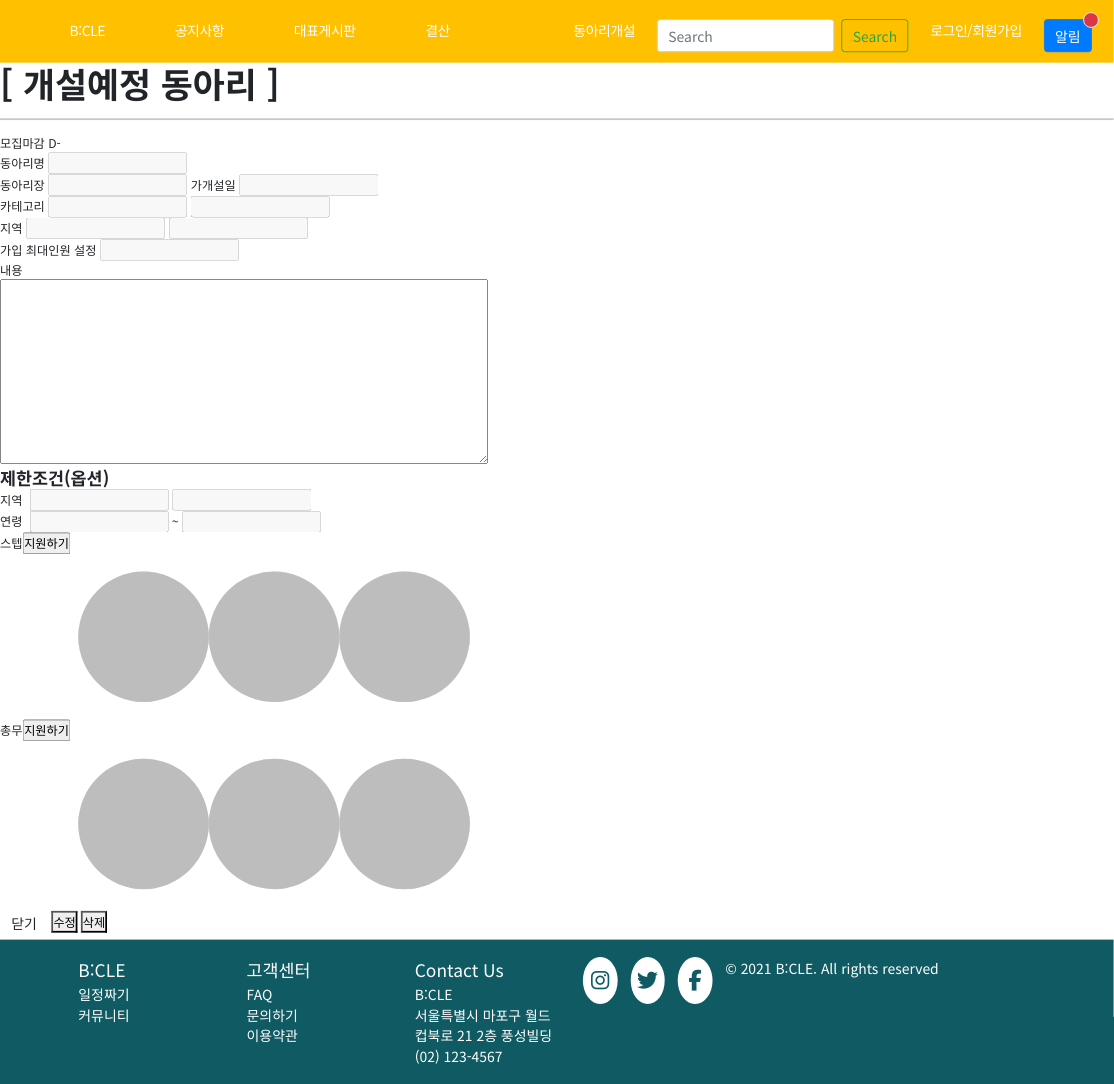
Repository: CHAEYUN7074/SpringProject_Bcle
Page: http://localhost/Bcle/ClubBeforeOpenedContents.jsp
The author's editor kept a copy of each file at every save. The page is drawn from the files as they stood at one save, then again after the next save.
The browser window is 1280 px wide. The pictures show the whole page, at 87% of full size.
Some web fonts or font styles are not loaded; a fallback is used. Some web libraries are served in a nearby version. The page is served by Tomcat 9. The template is opened directly, without the code that normally fills it, so the values that code supplies are empty.

Above is the page before, as saved 2021-12-22 14:36:30.

### Bcle/WebContent/ClubBeforeOpenedContents.jsp
<%@ page contentType="text/html; charset=UTF-8"%>
<%@ taglib prefix="c" uri="http://java.sun.com/jsp/jstl/core"%>
<%
   request.setCharacterEncoding("UTF-8");
String cp = request.getContextPath();
%>
<!DOCTYPE html>
<html>
<head>
<meta charset="UTF-8">
<title>ClubBeforeOpenedContents.jsp</title>
<style type="text/css">
.box {
   width: 150px;
   height: 150px;
   border-radius: 70%;
   overflow: hidden;
}

.profile {
   width: 100%;
   height: 100%;
   object-fit: cover;
}

.container {
   display: flex;
}
</style>
</head>
<script type="text/javascript" src="http://code.jquery.com/jquery.min.js"></script>
<script type="text/javascript">
	$(function()
	{
		$(".updateBtn").click(function()
		{

			$(location).attr("href", "preclubupdateform.action?cid=" + $(this).val());



		});

		$(".deleteBtn").click(function()
		{

			if(confirm("현재 선택한 데이터를 정말 삭제하시겠습니까?"))
			{
				$(location).attr("href", "preclubdelete.action?cid=" + $(this).val());
			}
		});

	});









</script>
<body>
   <!--
ClubBeforeOpenedContents.jsp
- 메인화면(로그인 전) 페이지 2 -⑤ 회원 모집 동아리 상세페이지(내용)
- 개절예정 동아리(스탭프 지원(동의)받는중)
 -->
   <div class="wrap">
      <!-- 네브 영역 -->
      <div>
         <c:import url="nav.jsp"></c:import>
      </div>

      <!-- 콘텐츠 영역 -->
      <div id="content">
         <h1>[ 개설예정 동아리 ]</h1>
         <hr>
         <div>
            <p>모집마감 D- ${clubDetail.day} </p>
         </div>

         <div>
            <form action="">
               <div>
                  <p>   동아리명
                  <input type="text" id="title" name="title" value="${clubDetail.title }"  disabled="disabled">
                  </p>
                  <p>
                     동아리장
                     <input type="text" id="nickname" name="nickname" value="${clubDetail.nickname }" disabled="disabled">
                     가개설일
                     <input type="text" id="preopendate" name="preopendate" value="${clubDetail.preopendate}" disabled="disabled">
                  </p>
                  <div>
                     카테고리
                     <input type="text" id="l_cat" name="l_cat" value="${clubDetail.l_cat}" disabled="disabled">
                     <input type="text" id="s_cat" name="s_cat" value="${clubDetail.s_cat}" disabled="disabled">
                  </div>
                  <div>
                     지역
                     <input type="text"  value="${clubDetail.city}" disabled="disabled">
                     <input type="text" value="${clubDetail.local}" disabled="disabled">
                  </div>
                  <p>
                     가입 최대인원 설정
                     <input type="text" value="${clubDetail.max}" disabled="disabled">
                  </p>
                  <div>
                     <p>내용</p>
                     <textarea rows="10" cols="70">${clubDetail.content}</textarea>
                  </div>

                  <div>
                     <h5>제한조건(옵션)</h5>
                     <div>
                     <!-- if로 받아온 지역제한 코드가 'X'면 없음이나 '-'로
                     있으면 받아온 지역명으로 보이게-->
                        지역&nbsp;
                        <input type="text" value="${clubDetail.city}" disabled="disabled">
                        <input type="text" value="${clubDetail.local}" disabled="disabled">
                     </div>
                     <div>
                     <!-- if로 받아온 나이제한 코드가 'X'면 없음이나 '-'로
                     있으면 받아온 최대나이와 최소나이로 보이게  -->
                        연령&nbsp;
                        <input type="text" value="${clubDetail.min_age}" disabled="disabled">
                        ~
                        <input type="text" value="${clubDetail.max_age}" disabled="disabled">
                     </div>

                     <div>
                        스텝<input type="button" value="지원하기">
                        <div class="container">
                           <div class="box" style="background: #BDBDBD;">
                              <img class="profile" src="">
                           </div>
                           <div class="box" style="background: #BDBDBD;">
                              <img class="profile" src="">
                           </div>
                           <div class="box" style="background: #BDBDBD;">
                              <img class="profile" src="">
                           </div>
                        </div>
                     </div>

                     <div>
                        총무<input type="button" value="지원하기">
                        <div class="container">
                           <div class="box" style="background: #BDBDBD;">
                              <img class="profile" src="">
                           </div>
                           <div class="box" style="background: #BDBDBD;">
                              <img class="profile" src="">
                           </div>
                           <div class="box" style="background: #BDBDBD;">
                              <img class="profile" src="">
                           </div>
                        </div>
                     </div>

                     <div>
                              <button type="button" class="btn" id="closeBtn"
                              onclick="location.href='clubprelistform.action'">닫기</button>

                              <button type="button" class="updateBtn" onclick="checkId()" value="${clubDetail.cid }">수정</button>
							  <button type="button" class="deleteBtn" onclick="checkId2()"	value="${clubDetail.cid }">삭제</button>
                           </div>


                  </div>


               </div>
            </form>
         </div>
      </div>
      <!-- 풋터영역 -->
      <div>
         <c:import url="footer.jsp"></c:import>
      </div>

   </div>




</body>
</html>

### Bcle/WebContent/nav.jsp
<%@ page contentType="text/html; charset=UTF-8"%>
<%@ taglib prefix="c" uri="http://java.sun.com/jsp/jstl/core"%>
<%
	request.setCharacterEncoding("UTF-8");
String cp = request.getContextPath();
%>
<!DOCTYPE html>
<html lang="ko">
<head>
<meta charset="UTF-8">
<meta name="viewport" content="width=device-width, initial-scale=1">
<title>B:CLE</title>
<!-- <link rel="stylesheet" href="css/main.css"> -->
<link rel="stylesheet" href="css/font-awesome.min.css">
<link
	href="https://cdn.jsdelivr.net/npm/bootstrap@5.1.3/dist/css/bootstrap.min.css"
	rel="stylesheet"
	integrity="sha384-1BmE4kWBq78iYhFldvKuhfTAU6auU8tT94WrHftjDbrCEXSU1oBoqyl2QvZ6jIW3"
	crossorigin="anonymous">

<style>
@import
	url('https://fonts.googleapis.com/css?family=Exo+2|Noto+Sans+KR&display=swap')
	;
/*reset*/
* {
	margin: 0;
	padding: 0;
}
body {
	margin: 0;
}
h1, h2, h3, h4, h5, h6, p, ul, ol, li, dl, dt, dd {
	margin: 0;
	padding: 0;
}
h1, h2, h3, h4, h5, h6 {
	font-weight: 700;
	font-size: inherit;
}
a {
	color: inherit;
	text-decoration: inherit;
}
img {
	vertical-align: middle;
}
a img {
	border: none;
}
li {
	list-style: none;
}
address, em, i, ul {
	font-style: normal;
}
.mo {
	display: none;
}
body {
	font-family: 'Noto Sans KR', sans-serif;
	font-size: 14px;
}
header {
	font-family: 'Noto Sans KR', sans-serif;
	letter-spacing: -0.5px;
	background: rgb(255, 192, 0);
	color: white;
	height: 10vh;
	width: 100%;
	position: relative;
	margin-top: -20px;
}
.mainHeader {
	width: 100%;
	margin-top: 20px;
	box-sizing: border-box;
	vertical-align: center;
}
.mainHeader .gnbMo {
	display: none;
}
.mainHeader .gnb {
	float: left;
	margin-left: 80px;
	margin-top: 3vh;
}
.mainHeader .gnb li {
	float: left;
	margin-right: 80px;
}
.mainHeader .gnb li a {
	display: block;
	width: 100%;
	height: 100%;
	text-align: center;
	color: #fff;
	font-size: 16px;
	text-decoration-line: none;
}
.mainHeader .gnb li a:hover, .mainHeader .gnb li a:focus {
	color: #ff8342;
}
.mainHeader .tnb {
	float: right;
	margin-top: 3vh;
}
.mainHeader .tnb li {
	float: left;
	margin-right: 25px;
}
.mainHeader .tnb li a {
	display: block;
	width: 100%;
	height: 100%;
	text-align: center;
	font-size: 16px;
	color: #fff;
	text-decoration-line: none;
}
.mainHeader .tnb li:nth-child(1) a i, .mainHeader .tnb li:nth-child(2) a i
	{
	font-size: 20px;
	margin-right: 8px;
}
.mainHeader .tnb li:last-child a {
	display: block;
	width: 105px;
	line-height: 2;
	border: 1px solid #fff;
	border-radius: 30px;
	margin-top: 35px;
}
.mainHeader .tnb li:last-child a i {
	margin-left: 5px;
}
.mainHeader .tnb li:last-child a:hover {
	background: #fff;
	color: #ff8342;
	transition: all 0.3s;
}
.btn-primary {
    color: #fff;
    background-color: #105b63;
    border-color: #105b63;
}
</style>


</head>
<body>

	<c:choose>
		<c:when test="${!empty id }">
			<header>
				<div class="mainHeader">
					<nav class="gnb">
						<ul>
							<li><a href="#">B:CLE</a></li>
							<li><a href="#">공지사항</a></li>
							<li><a href="#">대표게시판</a></li>
							<li><a href="#">결산</a></li>
						</ul>
					</nav>
					<nav class="tnb">
						<ul>

							<li><a href="clubinsertform.action">동아리개설</a></li>

							<li>
								<form class="d-flex">
									<input class="form-control me-2" type="search"
										placeholder="Search" aria-label="Search">
									<button class="btn btn-outline-success" type="submit">Search</button>
								</form>
							</li>



							<!-- 값을 넘겨보려 시도했는데 실패...ㅠ 다시 해볼게요 - 현정 -->
							<li><a href="#">마이페이지</a></li>
							<li><button type="button"
									class="btn btn-primary position-relative">
									알림 <span
										class="position-absolute top-0 start-100 translate-middle p-2 bg-danger border border-light rounded-circle">
										<span class="visually-hidden">New alerts</span>
									</span>
								</button></li>
							<li><a href="logout.action">로그아웃</a></li>
						</ul>
					</nav>
					<nav class="gnbMo">
						<a href="#"><i class="fa fa-bars" aria-hidden="true"></i></a>
					</nav>
				</div>
			</header>
		</c:when>
		<c:otherwise>
			<header>
				<div class="mainHeader">
					<nav class="gnb">
						<ul>
							<li><a href="#">B:CLE</a></li>
							<li><a href="#">공지사항</a></li>
							<li><a href="#">대표게시판</a></li>
							<li><a href="#">결산</a></li>
						</ul>
					</nav>
					<nav class="tnb">
						<ul>

							<li><a href="clubinsertform.action">동아리개설</a></li>

							<li>
								<form class="d-flex">
									<input class="form-control me-2" type="search"
										placeholder="Search" aria-label="Search">
									<button class="btn btn-outline-success" type="submit">Search</button>
								</form>
							</li>




							<li><a href="#"></i>로그인/회원가입</a></li>
							<li><button type="button"
									class="btn btn-primary position-relative">
									알림 <span
										class="position-absolute top-0 start-100 translate-middle p-2 bg-danger border border-light rounded-circle">
										<span class="visually-hidden">New alerts</span>
									</span>
								</button></li>
						</ul>
					</nav>
					<nav class="gnbMo">
						<a href="#"><i class="fa fa-bars" aria-hidden="true"></i></a>
					</nav>
				</div>
			</header>
		</c:otherwise>
	</c:choose>
	<!--header-->




</body>
</html>

<!-- 검색부분에 쓸 부트스트랩 -->
<!--       <form class="d-flex">
        <input class="form-control me-2" type="search" placeholder="Search" aria-label="Search">
        <button class="btn btn-outline-success" type="submit">Search</button>
      </form> -->

### Bcle/WebContent/footer.jsp
<%@ page contentType="text/html; charset=UTF-8"%>
<%@ taglib prefix="c" uri="http://java.sun.com/jsp/jstl/core"%>
<%
	request.setCharacterEncoding("UTF-8");
	String cp = request.getContextPath();
%>
<!DOCTYPE html>
<html>
<head>
<meta charset="utf-8">
<title>B:CLE Footer(예비용)</title>

<link
	href="https://cdn.jsdelivr.net/npm/bootstrap@4.4.1/dist/css/bootstrap.min.css"
	rel="stylesheet">
<script
	src="https://cdn.jsdelivr.net/npm/bootstrap@4.4.1/dist/js/bootstrap.bundle.min.js"></script>
<link rel="preconnect" href="https://fonts.googleapis.com">
<link rel="preconnect" href="https://fonts.gstatic.com">
<link
	href="https://fonts.googleapis.com/css2?family=Noto+Sans+KR:wght@400;700&display=swap"
	rel="stylesheet">
<script src="https://kit.fontawesome.com/dab690a483.js" crossorigin="anonymous"></script>
<style type="text/css">

/*reset*/
* {margin: 0;padding: 0;}
body {margin: 0;}
h1, h2, h3, h4, h5, h6, p, ul, ol, li, dl, dt, dd {margin: 0; padding: 0;}
h1, h2, h3, h4, h5, h6 {font-weight: 700; }
a {color: inherit; text-decoration: inherit;}
img {vertical-align: middle;}
a img {border: none;}
li {list-style: none;}
address, em, i, ul {font-style: normal;}

/*layout*/
.mo {display: none;}
.en {font-family: 'Exo 2', sans-serif;}
body {font-family: 'Noto Sans KR', sans-serif; font-size: 14px;}
.wrap {margin: 0 auto; }

#footer-wrapper
{
	background-color: #105B63;
	font-family: 'Noto Sans KR', sans-serif;
	font-size: 12pt;
	/* position:fixed; */
}
.title
{
	font-family: 'Noto Sans KR', sans-serif;
	font-size: 15pt;
	color: white;
}

.container
{
	padding: 20px;
}

ul
{
   list-style:none;
   padding-left:0px;
}
a.menuitem
{
	text-decoration: none;
	text-align: center;
	color: white;
}
a.menuitem
{
	text-decoration: none;
	text-align: center;
	color: white;
}
a.menuitem:hover
{
	color: #FFD34E;
}

p.menuitem
{
	color: white;
}
.second-box
{
  display: flex;
  justify-content: flex-end;
}

.icon
{
  /* width: 40%; */
  display: flex;
  justify-content: flex-end;
  color: #105B63;
}

.icon-box
{
  width: 54px;
  height: 54px;
  background-color: white;
  border-radius: 50%;
  margin-right: 15px;
  display: flex;
  justify-content: center;
  align-items: center;
}

.icon
{
  font-size: 24px;
}
.icon:hover {
  color: #FFD34E;
}

ul.menu
{
	color: white;
}

</style>

</head>
<body>

<!-- Footer -->
<div id="footer-wrapper">
	<footer id="footer" class="container">
		<div class="row">
			<div class="col-3 col-6-medium col-12-small">

				<!-- Links -->
					<section class="widget links">
						<div class="title">B:CLE</div>
						<ul class="style2">
							<li><a href="#" class="menuitem">일정짜기</a></li>
							<li><a href="mainhome.action" class="menuitem">커뮤니티</a></li>
							<!-- <li><a href="#">Felis varius pellentesque potenti</a></li>
							<li><a href="#">Nullam scelerisque blandit leo</a></li> -->
						</ul>
					</section>

			</div>
			<div class="col-3 col-6-medium col-12-small">

				<!-- Links -->
					<section class="widget links">
						<div class="title">고객센터</div>
						<ul class="style2">
							<li><a href="#" class="menuitem">FAQ</a></li>
							<li><a href="#" class="menuitem">문의하기</a></li>
							<li><a href="#" class="menuitem">이용약관</a></li>
							<!-- <li><a href="#">Felis varius pellentesque potenti</a></li>
							<li><a href="#">Nullam scelerisque blandit leo</a></li> -->
						</ul>
					</section>

			</div>

			<div class="col-3 col-6-medium col-12-small">

				<!-- Contact -->
					<section class="widget contact last">
						<div class="title">Contact Us</div>

						<p class="menuitem">B:CLE<br />
						서울특별시 마포구 월드컵북로 21 2층 풍성빌딩<br />
						(02) 123-4567</p>
					</section>

			</div>

			<div class="col-3 col-6-medium col-12-small">

				<!-- 아이콘 -->
				<!-- <section class="widget contact last icon"> -->
					<div class="second-box">
			              <div class="icon-box">
			                  <i class="fab fa-instagram icon"></i>
			              </div>
			              <div class="icon-box">
			                  <i class="fab fa-twitter icon"></i>
			              </div>
			              <div class="icon-box">
			                  <i class="fab fa-facebook-f icon"></i>
			              </div>
					</div>
				<!-- </section> -->

			</div>

		</div>

		<div class="row">
			<div class="col-12">
				<div id="copyright">
					<ul class="menu" style="text-align: center;">
						<li>&copy; 2021 B:CLE. All rights reserved</li>
					</ul>
				</div>
			</div>
		</div>
	</footer>
</div>

</body>
</html>

After the next save:
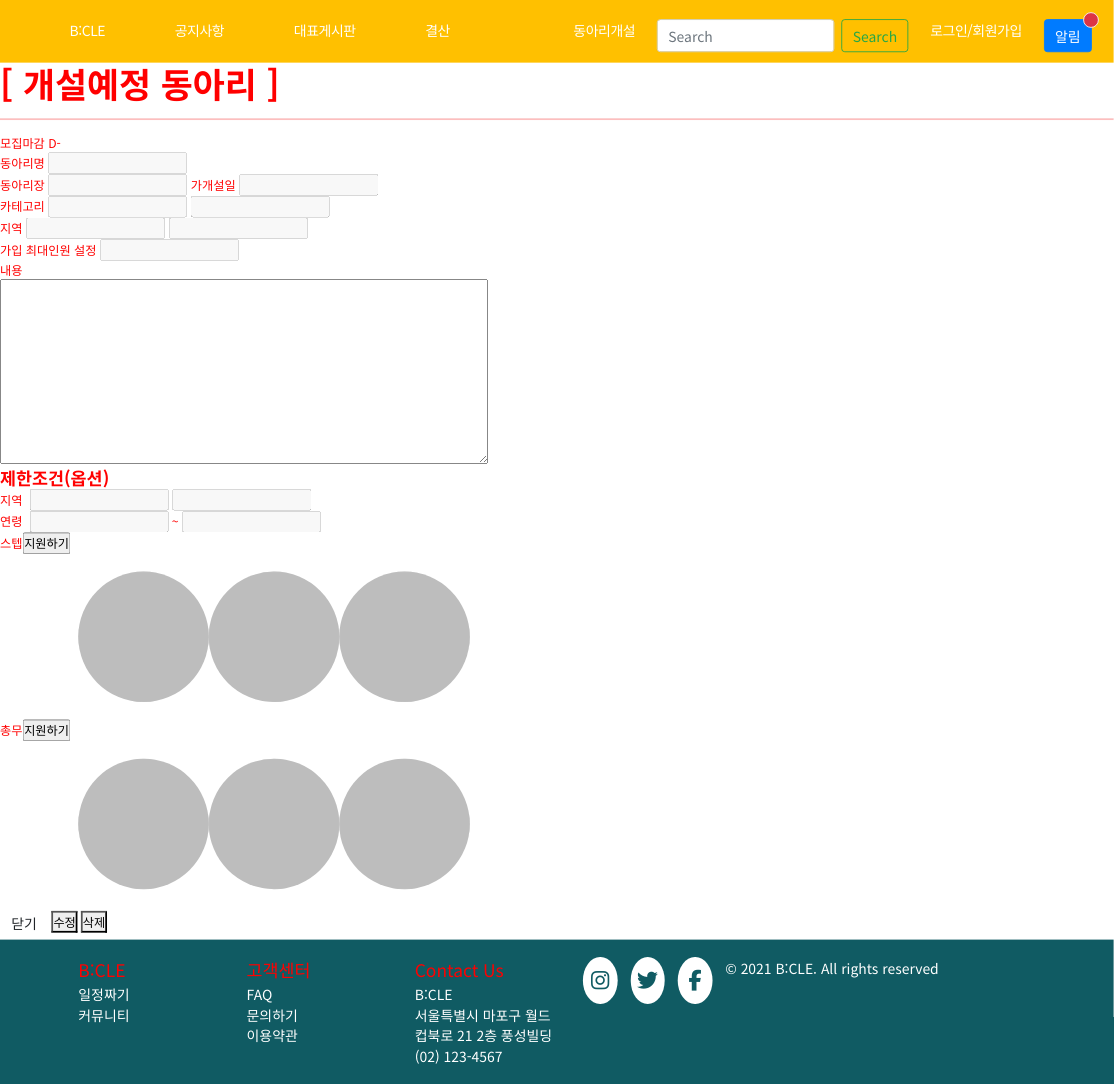
Saved 70 s later.
--- a/Bcle/WebContent/ClubBeforeOpenedContents.jsp
+++ b/Bcle/WebContent/ClubBeforeOpenedContents.jsp
@@ -52,7 +52,10 @@ String cp = request.getContextPath();
 
 	});
 
-
+   //
+             $(function() {
+        	  $('div').css('color','red');
+        	});
 
 
 
